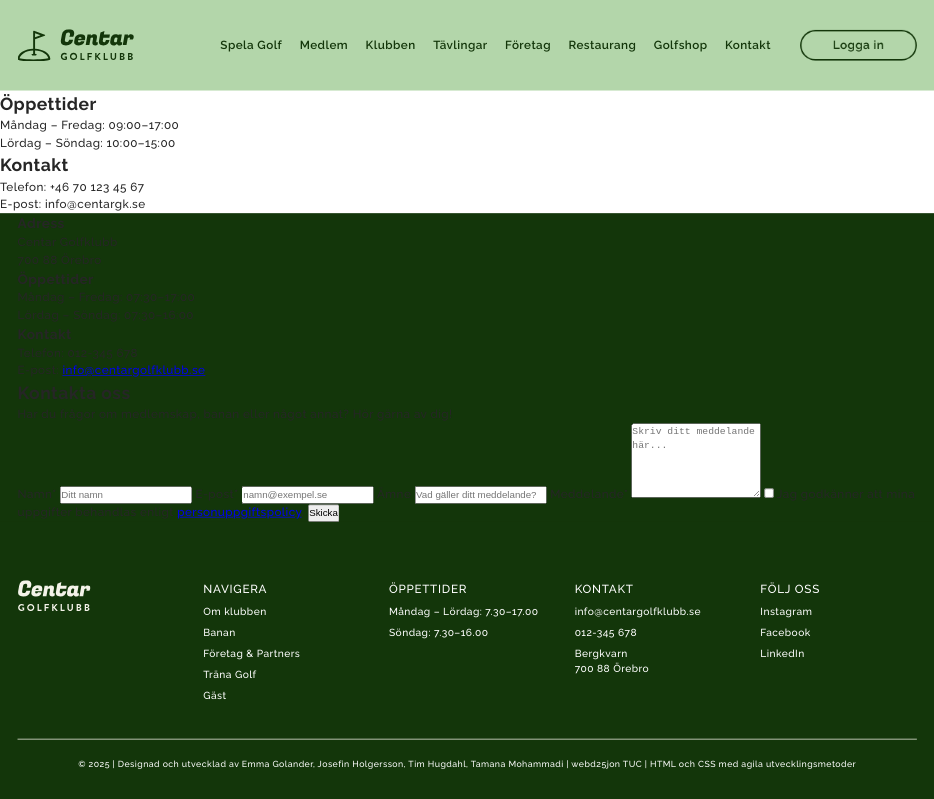
Repository: Tamana831/GolfklubbCentar
Page: kontakt.html
The author's editor kept a copy of each file at every save. The page is drawn from the files as they stood at one save, then again after the next save.
The browser window is 1280 px wide. The pictures show the whole page, at 73% of full size.

Above is the page before, as saved 2025-10-24 00:25:11.

After the next save:
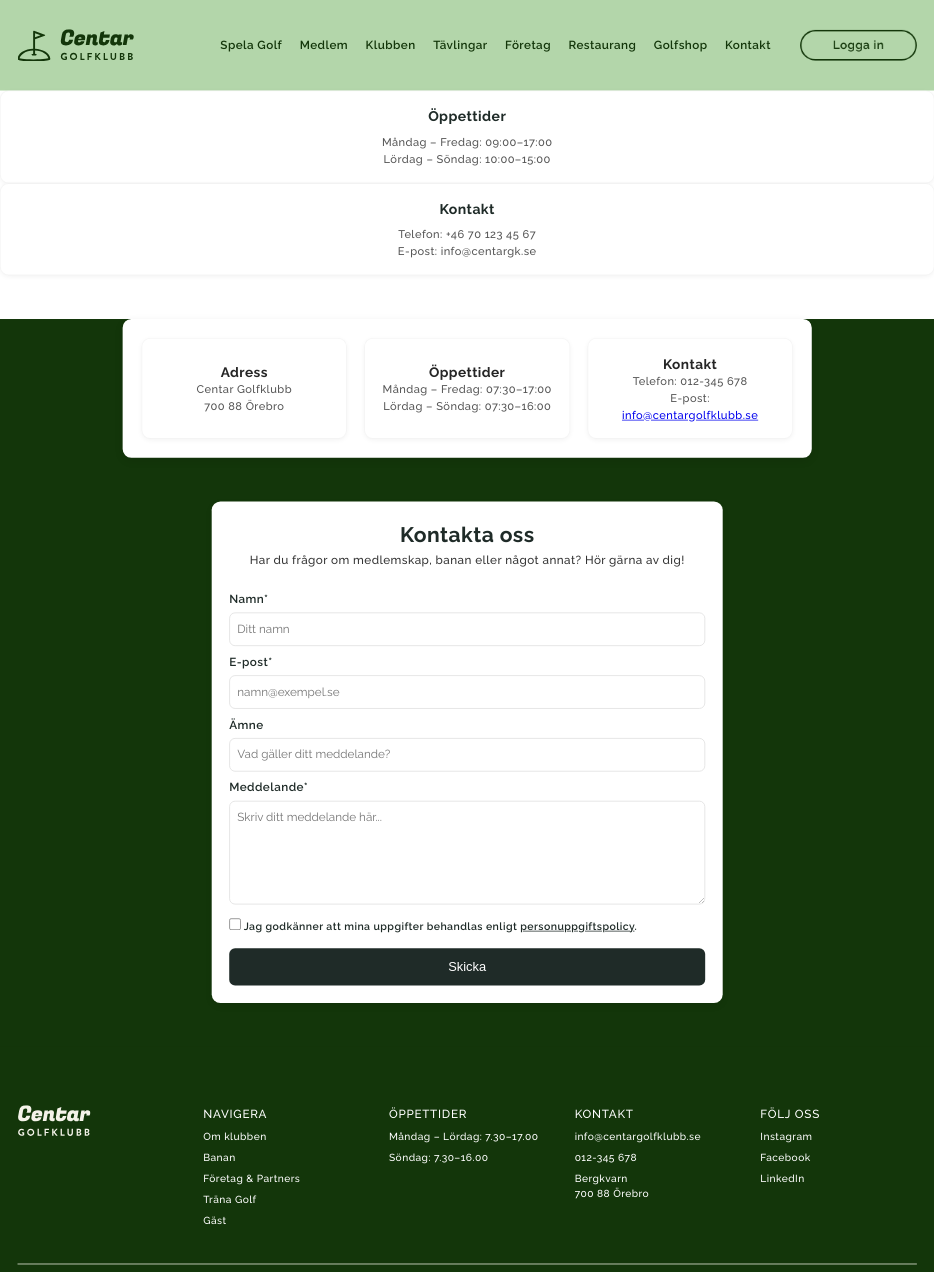
Saved 51 s later.
--- a/kontakt.html
+++ b/kontakt.html
@@ -7,6 +7,7 @@
     <!-- variables.css och base.css måste ligga överst då vi vill att den ska läsas in först -->
     <link rel="stylesheet" href="styles/variables.css" />
     <link rel="stylesheet" href="styles/base.css" />
+    <link rel="stylesheet" href="styles/kontakt.css" />
   </head>
   <body>
     <!-- Sätter färg hela vägen ut -->
